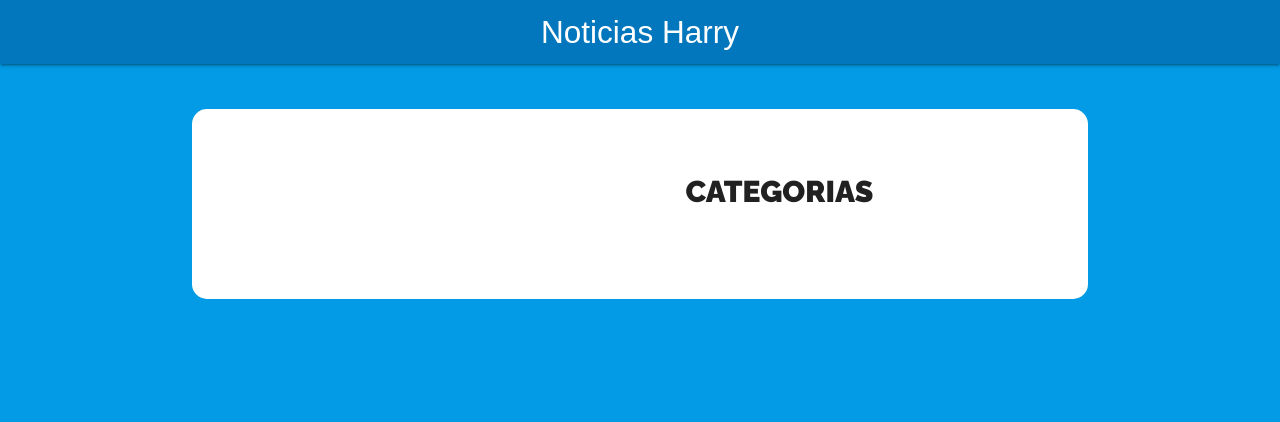
Repository: harrycampaz/news-react
Page: /
These files come from the project's save history. The page is drawn as it stood at one moment and after the next save; the edit follows.
The browser window is 1280 px wide. The pictures show the whole page.
The page's requests for data from a server got no answer. The project was rebuilt for these pictures with package versions that can differ from the ones it lists, and the page was loaded fresh each time. No one was signed in, and anything a server would have sent is missing. Also part of the build but not shown: src/components/news/News.js.

Above is the page before, as saved 2020-01-17 13:19:50.

After the next save:
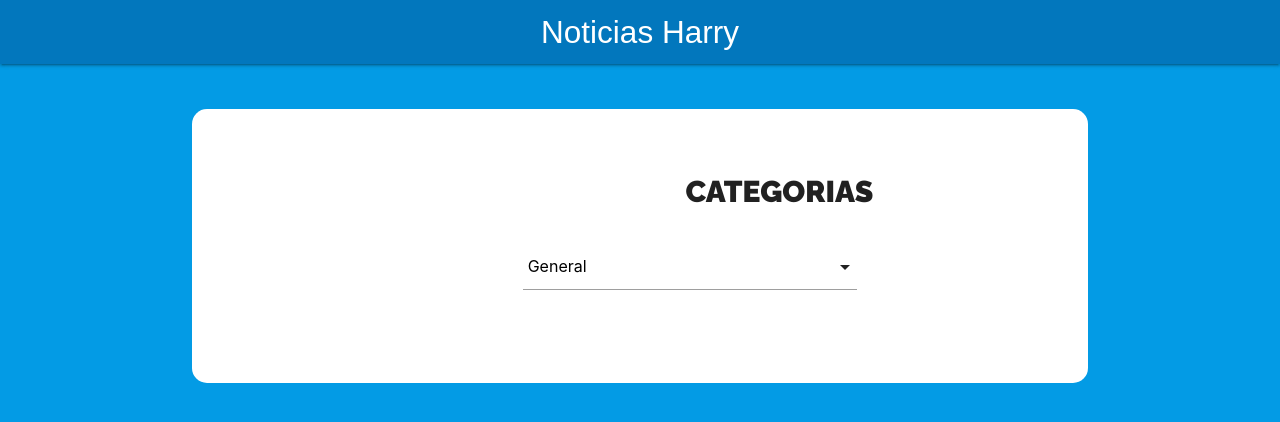
Saved 104 s later.
--- a/src/components/Search.js
+++ b/src/components/Search.js
@@ -8,6 +8,16 @@ const Search = () => {
                     <h2>
                         Categorias
                     </h2>
+
+                    <div className ="input-field col s12 m8">
+
+                        <select>
+                            <option value = "general"> General
+
+                            </option>
+                        </select>
+
+                    </div>
                 </form>
             </div>
 
